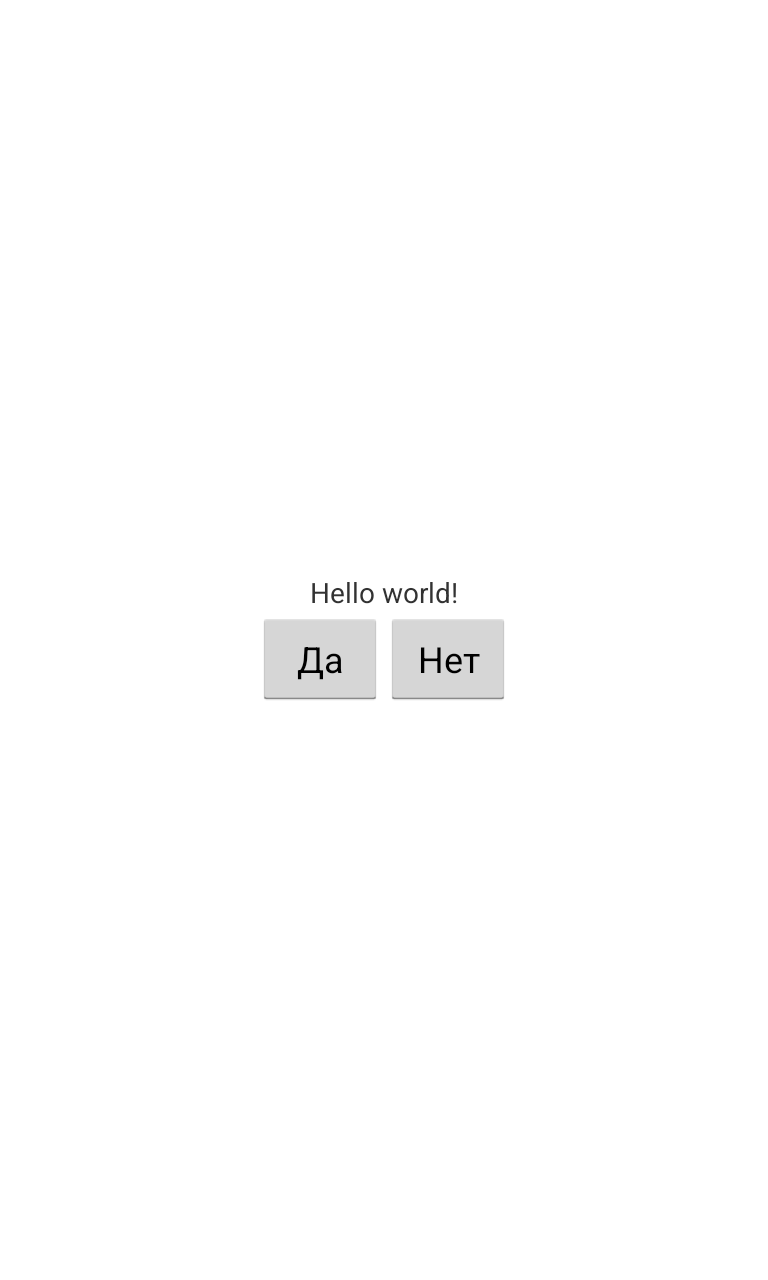
Repository: amukoseev/Android_projects
Layout: GeoQuiz/res/layout/activity_quiz.xml
The author's editor kept a copy of each file at every save. The layout is drawn from the files as they stood at one save, then again after the next save.
It is drawn on a 768 x 1280 px phone screen (xhdpi) without system bars, with theme AppTheme; the app's code is not run.

Above is the layout before, as saved 2014-11-30 20:07:11.

After the next save:
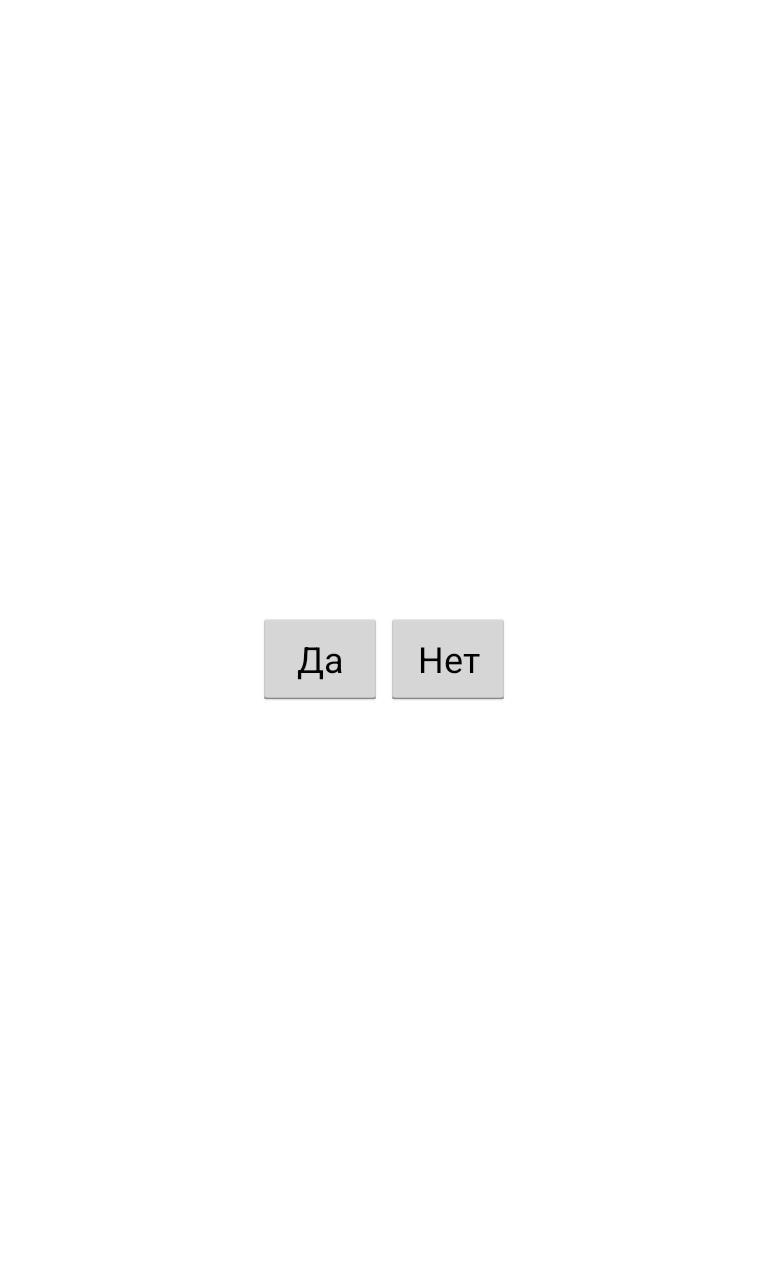
Saved 8 min 50 s later.
--- a/GeoQuiz/res/layout/activity_quiz.xml
+++ b/GeoQuiz/res/layout/activity_quiz.xml
@@ -7,9 +7,10 @@
     tools:context=".QuizActivity" >
 
     <TextView
+        android:id="@+id/question_text_view"
         android:layout_width="wrap_content"
         android:layout_height="wrap_content"
-        android:text="@string/hello_world" />
+        android:padding="24p" />
 
 <LinearLayout
 	android:layout_width="wrap_content"
